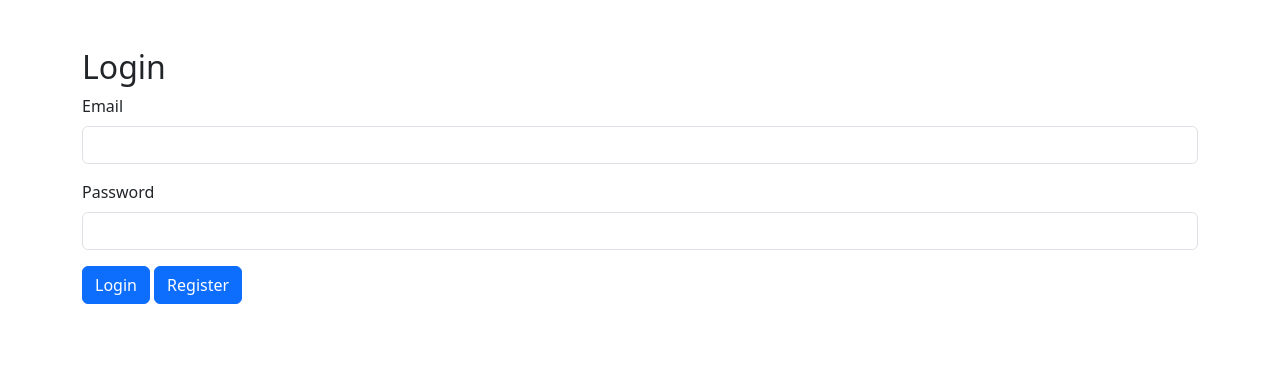
Repository: Abdulahi338/Authentication-using-laravel-11
Page: http://localhost/login
An editor plug-in stored every save of this project. The page is shown before and after a run of saves, followed by the edit.
The browser window is 1280 px wide. The pictures show the whole page.
The page is served by the project's Laravel application, run on PHP 8.4 with Laravel 12. Other server files are loaded and not shown.

Above is the page before, as saved 2024-09-25 10:07:26.

### routes/web.php
<?php

use Illuminate\Support\Facades\Route;
use App\Http\Controllers\AuthController;  // Import the AuthController

Route::get('/register', function () {
    return view('auth.register');
});


Route::post('/register', [AuthController::class, 'register']);

Route::post('/login', [AuthController::class, 'login']); // POST for login
Route::get('/login', function () {
    return view('auth.login'); // GET for displaying the login form
});

Route::get('/verify-email/{token}', [AuthController::class, 'verifyEmail']);
Route::get('/dashboard', [AuthController::class, 'dashboard'])->name('dashboard');

Route::post('/logout', [AuthController::class, 'logout'])->name('logout');

Route::post('/resend-verification', [AuthController::class, 'resendVerification'])->name('verification.resend');


Route::get('/verification-notice', function () {
    return view('auth.verification-notice');
})->name('verification.notice');

// Show the password reset form
Route::get('/password/reset/{token}', function ($token) {
    return view('auth.passwords.reset', ['token' => $token]);
})->name('password.reset');

// Handle the password reset request
Route::post('/password/reset', [AuthController::class, 'reset'])->name('password.update');

### resources/views/auth/login.blade.php
{{-- resources/views/auth/login.blade.php --}}
<!DOCTYPE html>
<html lang="en">
<head>
    <meta charset="UTF-8">
    <meta name="viewport" content="width=device-width, initial-scale=1.0">
    <link href="https://cdn.jsdelivr.net/npm/bootstrap@5.3.0-alpha1/dist/css/bootstrap.min.css" rel="stylesheet">
    <title>Login</title>
</head>
<body>
    <div class="container mt-5">
        <h2>Login</h2>

        @if(session('message'))
            <div class="alert alert-info">{{ session('message') }}</div>
        @endif

        @if ($errors->any())
            <div class="alert alert-danger">
                <ul>
                    @foreach ($errors->all() as $error)
                        <li>{{ $error }}</li>
                    @endforeach
                </ul>
            </div>
        @endif

        <form action="{{ url('/login') }}" method="POST">
            @csrf
            <div class="mb-3">
                <label for="email" class="form-label">Email</label>
                <input type="email" class="form-control" id="email" name="email" value="{{ old('email') }}" required>
            </div>
            <div class="mb-3">
                <label for="password" class="form-label">Password</label>
                <input type="password" class="form-control" id="password" name="password" required>
            </div>
            <button type="submit" class="btn btn-primary">Login</button>
            <button type="submit" class="btn btn-primary"><a class="nav-link" href="{{ url('/register') }}">Register</a>
            </button>

        </form>
    </div>
</body>
</html>

After the next 4 saves:
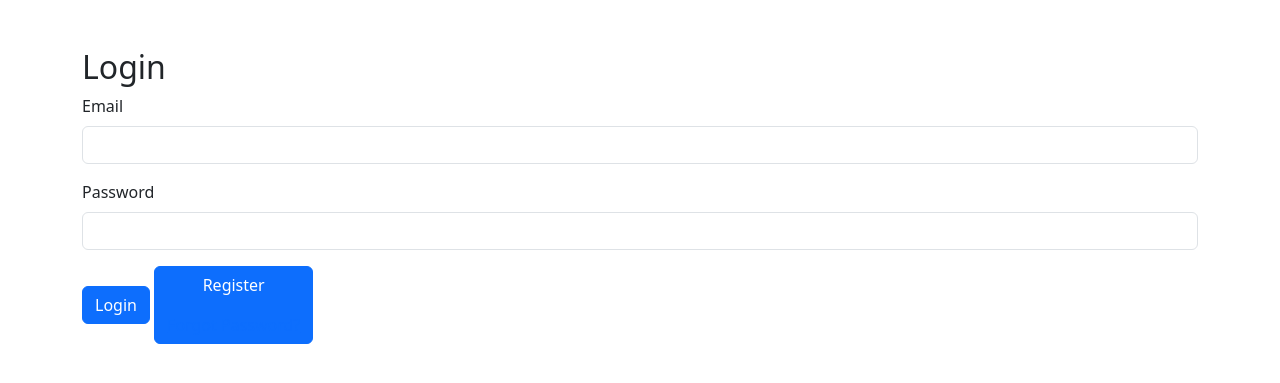
The 4 saves are shown as one change because 1 did not build or start and some came seconds apart.
The last was saved 3 min 54 s later.
--- a/routes/web.php
+++ b/routes/web.php
@@ -34,3 +34,11 @@ Route::get('/password/reset/{token}', function ($token) {
 
 // Handle the password reset request
 Route::post('/password/reset', [AuthController::class, 'reset'])->name('password.update');
+
+// Show the password reset request form
+Route::get('/password/reset', function () {
+    return view('auth.passwords.email');
+})->name('password.request');
+
+// Handle the password reset email request
+Route::post('/password/email', [AuthController::class, 'sendResetLinkEmail'])->name('password.email');
--- a/resources/views/auth/login.blade.php
+++ b/resources/views/auth/login.blade.php
@@ -37,6 +37,9 @@
             </div>
             <button type="submit" class="btn btn-primary">Login</button>
             <button type="submit" class="btn btn-primary"><a class="nav-link" href="{{ url('/register') }}">Register</a>
+                <div class="mt-3">
+                    <a href="{{ route('password.request') }}">Forgot Password?</a>
+                </div>
             </button>
 
         </form>
